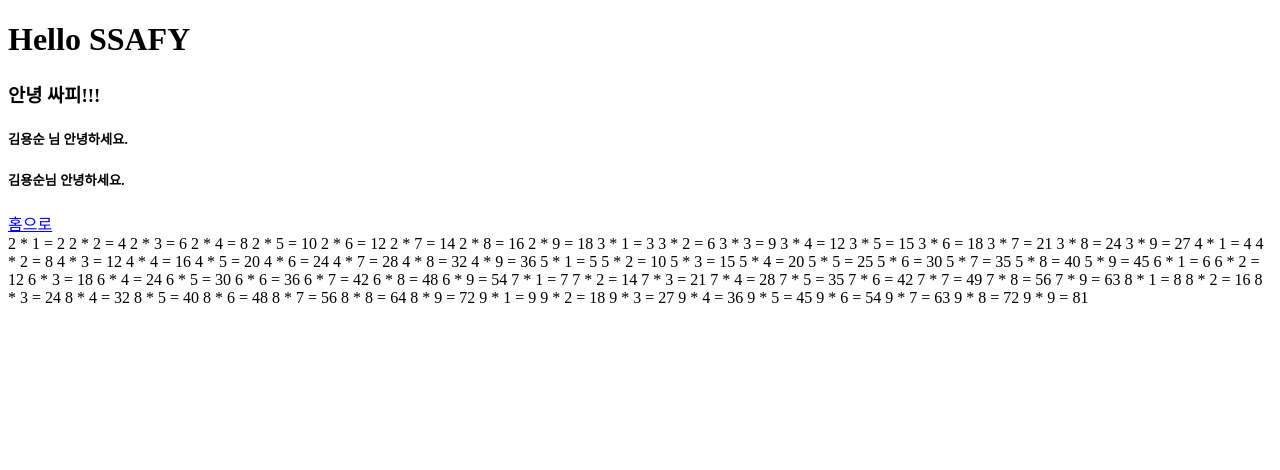
Repository: s00ngle/SSAFY-BE
Page: http://localhost/basic_jsp/hello.jsp
An editor plug-in stored every save of this project. The page is shown before and after the next save, followed by the edit.
The browser window is 1280 px wide. The pictures show the whole page.
The page is served by Tomcat 10. Other server files are loaded and not shown.

Above is the page before, as saved 2024-09-24 01:41:01.

### basic_jsp/src/main/webapp/hello.jsp
<%@ page language="java" contentType="text/html; charset=UTF-8"
    pageEncoding="UTF-8"%>

<%
	String name = "김용순";
%>

<!DOCTYPE html>
<html>
<head>
<meta charset="UTF-8">
<title>Insert title here</title>
</head>
<body>
	<h1>Hello SSAFY</h1>
	<h3>안녕 싸피!!!</h3>
	<h5><% out.println(name); %>님 안녕하세요.</h5>
	<h5><%= name %>님 안녕하세요.</h5>
	<a href="/basic_jsp/index.jsp">홈으로</a></br>

	<%
		for (int i = 2; i < 10; i++) {
			out.println("<tr>");
			for (int j = 1; j < 10; j++) {
				out.println("<td>" + i + " * " + j + " = " + i * j + "</td>");
			}
			out.println("</tr>");
		}
	%>
</body>
</html>

After the next save:
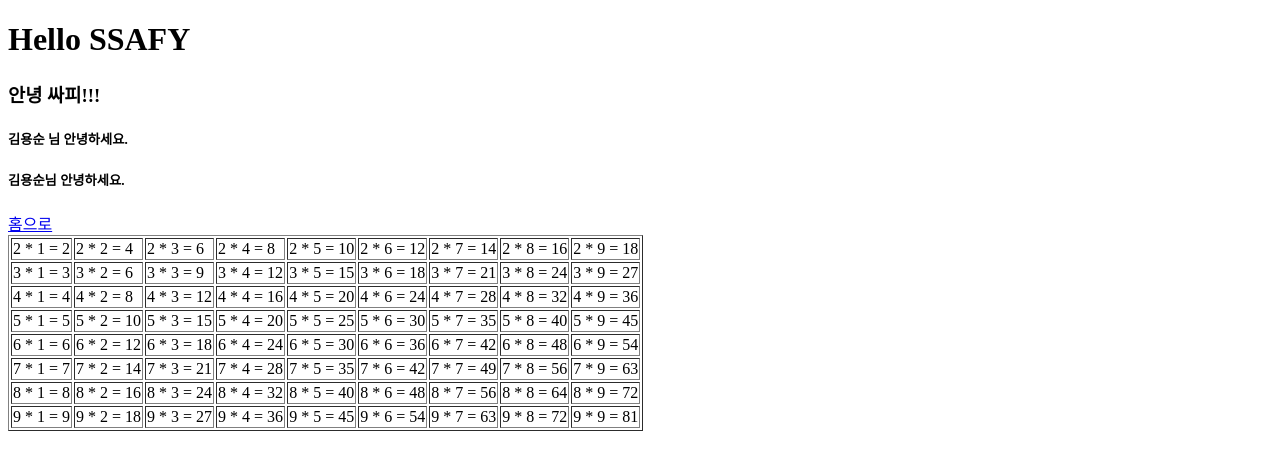
Saved 2 min 28 s later.
--- a/basic_jsp/src/main/webapp/hello.jsp
+++ b/basic_jsp/src/main/webapp/hello.jsp
@@ -18,14 +18,16 @@
 	<h5><%= name %>님 안녕하세요.</h5>
 	<a href="/basic_jsp/index.jsp">홈으로</a></br>
 
+	<table border="1">
 	<%
 		for (int i = 2; i < 10; i++) {
 			out.println("<tr>");
 			for (int j = 1; j < 10; j++) {
-				out.println("<td>" + i + " * " + j + " = " + i * j + "</td>");
+				out.println("<td>" + i + " * " + j + " = " + (i * j) + "</td>");
 			}
 			out.println("</tr>");
 		}
 	%>
+	</table>
 </body>
 </html>
